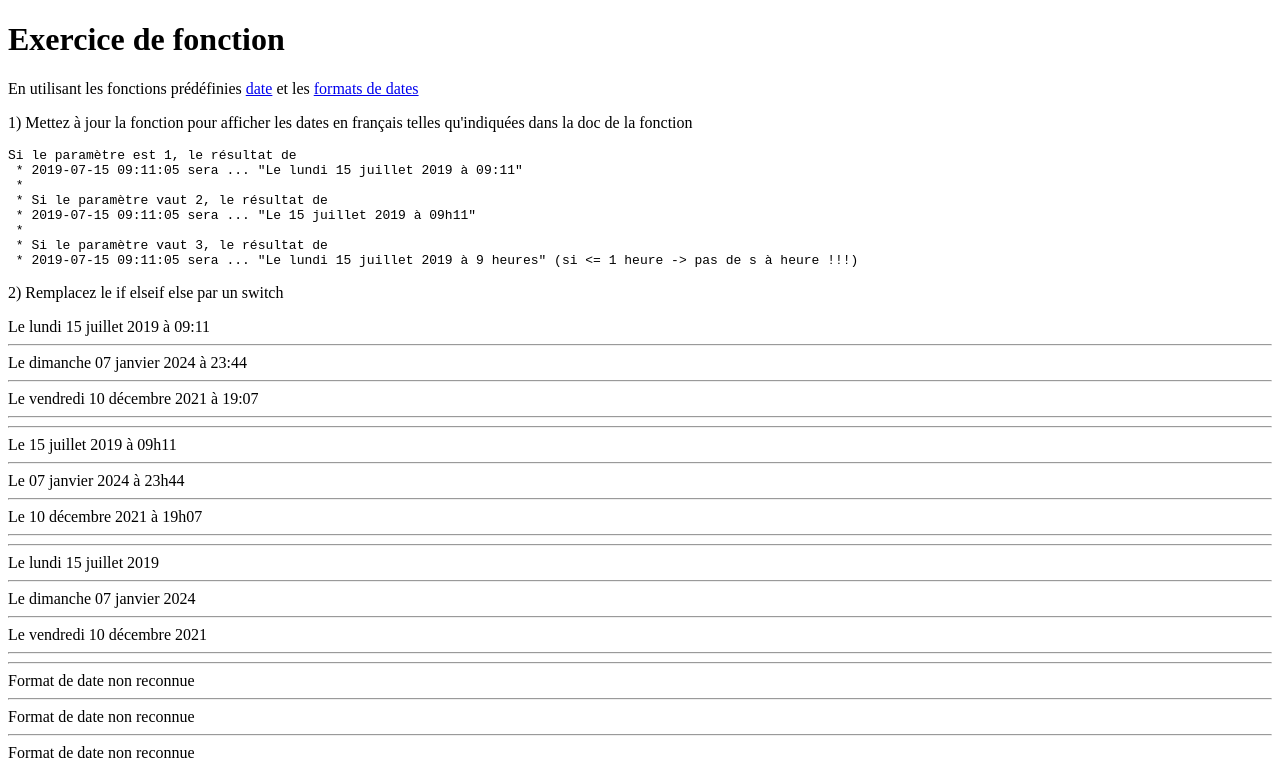
Repository: WebDevCF2m2021/base-php-2021
Page: http://localhost/20-dates-en-francais.php
The author's editor kept a copy of each file at every save. The page is drawn from the files as they stood at one save, then again after the next save.
The browser window is 1280 px wide. The pictures show the whole page.
The page is run by PHP 8.4 with error messages shown; the project is at /var/www/html/.

Above is the page before, as saved 2021-09-20 18:28:08.

After the next save:
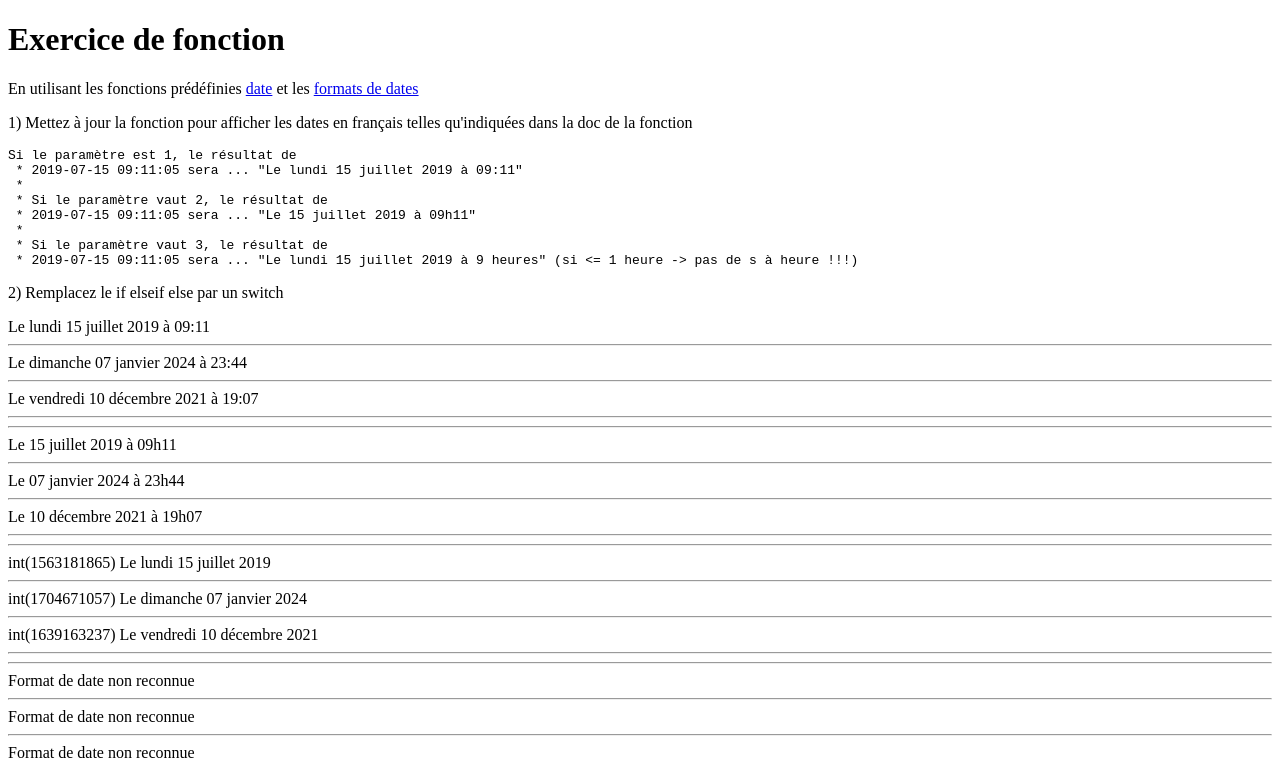
Saved 12 s later.
--- a/20-dates-en-francais.php
+++ b/20-dates-en-francais.php
@@ -48,6 +48,7 @@ function frenchDate($date,$format=1){
         .date("d",$date)." " // chiffre du jour
         .$moisTab[date("n",$date)]." " // mois en français
         .date("Y",$date); // année / heures / minutes
+        var_dump($date);
 /*         if(date("Y",$date)){}else{} */
     }else{
          return "Format de date non reconnue";
